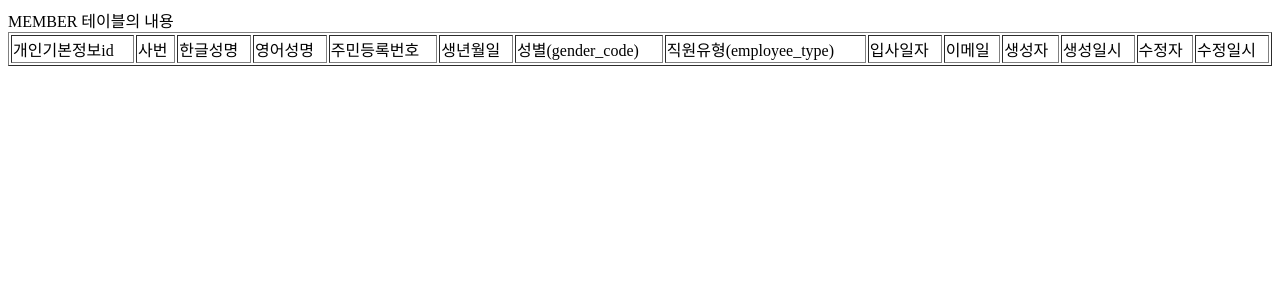
Repository: ktj4732/test
Page: http://localhost/dwl/home.jsp
These files come from the project's save history. The page is drawn as it stood at one moment and after the next save; the edit follows.
The browser window is 1280 px wide. The pictures show the whole page.
The page is served by Tomcat 9. Queries for data that is not in the repository find no rows.

Above is the page before, as saved 2020-11-18 05:15:50.

After the next save:
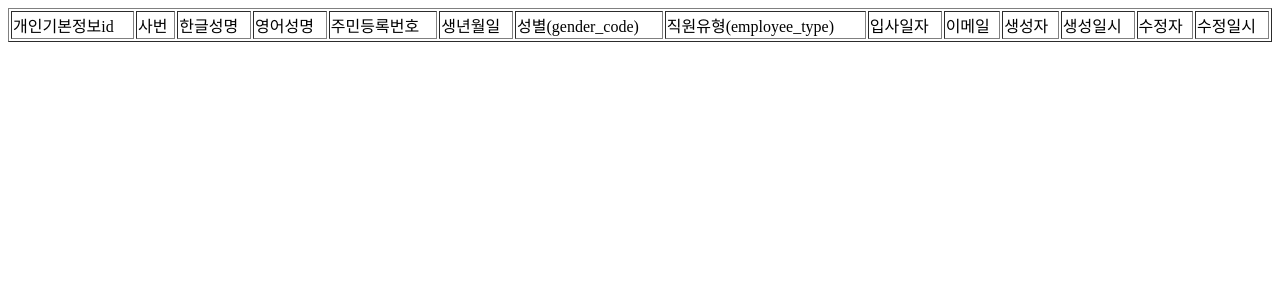
Saved 13 s later.
--- a/dwl/WebContent/home.jsp
+++ b/dwl/WebContent/home.jsp
@@ -2,10 +2,7 @@
     pageEncoding="UTF-8"%>
 <%@ page import="java.sql.*"%>
 
-<html>
-<head><title>회원 목록</title></head>
-<body>
-      MEMBER 테이블의 내용
+
       <table width = "100%" border = "1">
       <tr>
             <td>개인기본정보id</td>
